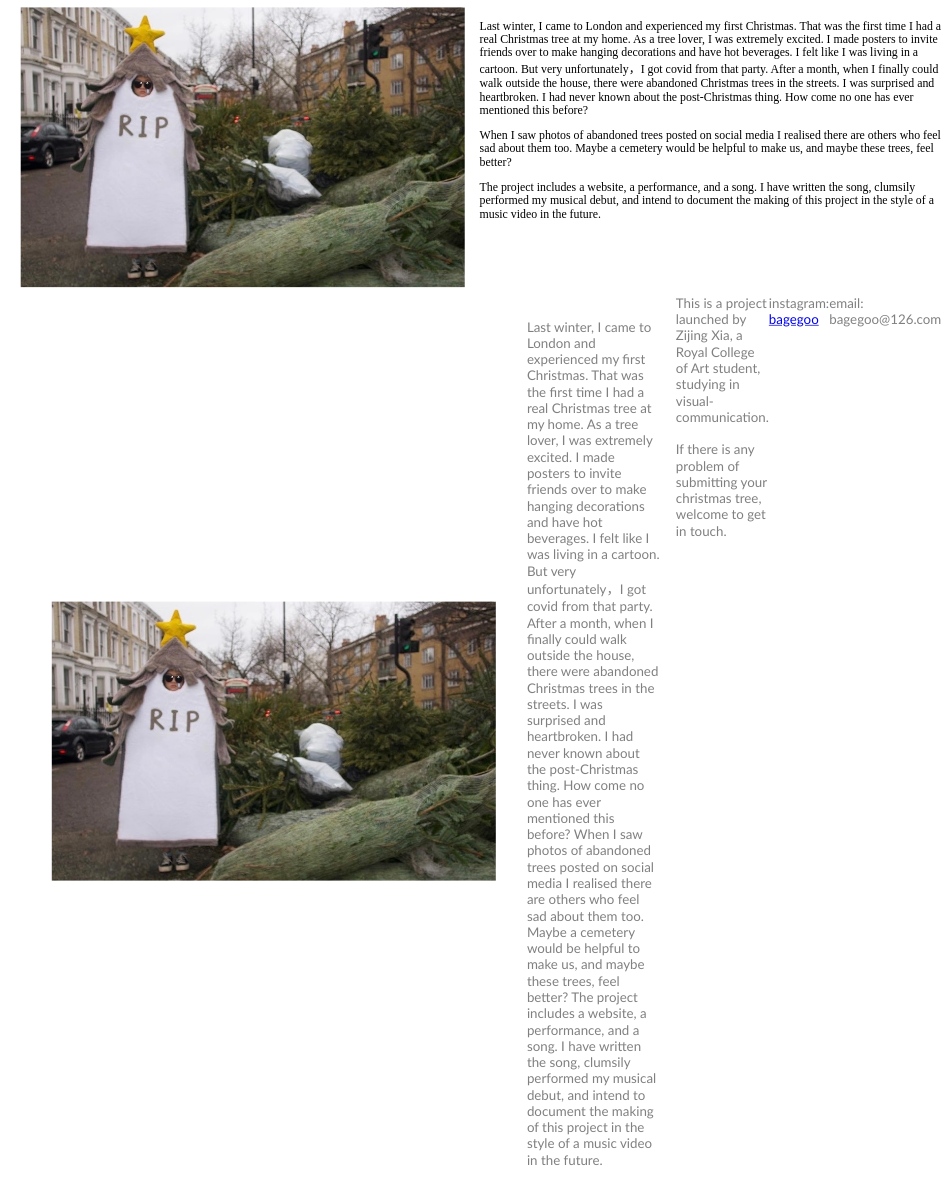
Repository: FuugaMo/ByeByeChristmasTree.github.io
Page: about.html
The author's editor kept a copy of each file at every save. The page is drawn from the files as they stood at one save, then again after the next save.
The browser window is 1280 px wide. The pictures show the whole page, at 74% of full size.

Above is the page before, as saved 2023-07-28 21:27:58.

After the next save:
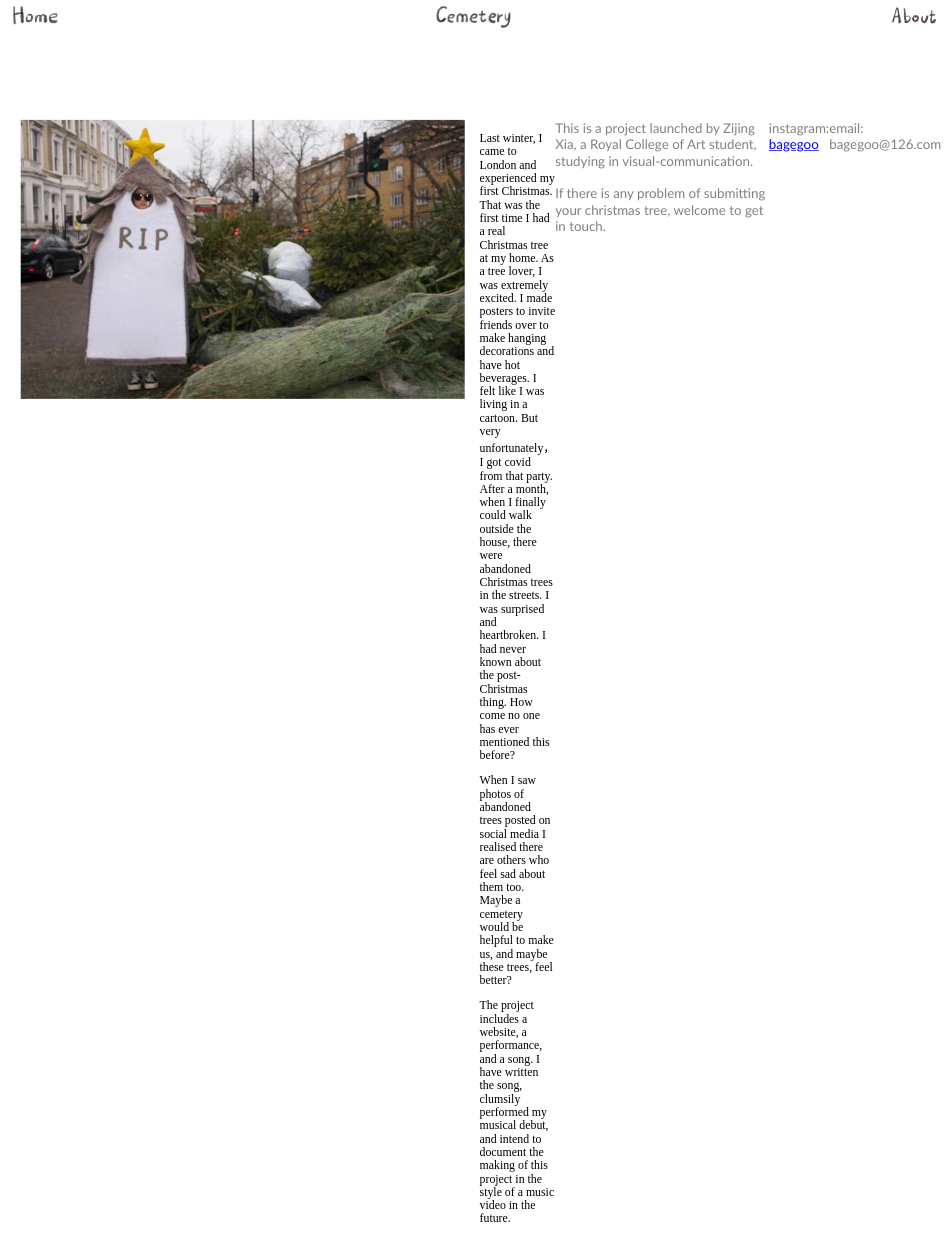
Saved 34 s later.
--- a/about.html
+++ b/about.html
@@ -13,69 +13,77 @@
 <body>
     <!-- 顶部导航栏 -->
     <nav>
-        <div id="content">
+        <div
+            class="home"
+            style="width:60px; height:50px"
+        >
             <img
-                src="./Image/About1.jpeg"
-                width="600px"
+                src="./Image/Home.png"
+                width="60px"
             >
-            <div class="text">
-                <p>
-                    Last winter, I came to London and experienced my first Christmas. That was the first time I had a
-                    real Christmas tree at my home. As a tree lover, I was extremely excited. I made posters to invite
-                    friends over to make hanging decorations and have hot beverages. I felt like I was living in a
-                    cartoon. But very unfortunately，I got covid from that party. After a month, when I finally could walk
-                    outside the house, there were abandoned Christmas trees in the streets. I was surprised and
-                    heartbroken. I had never known about the post-Christmas thing. How come no one has ever mentioned
-                    this before?
-                </p>
-                <p>
-                    When I saw photos of abandoned trees posted on social media I realised there are others who feel sad
-                    about them too. Maybe a cemetery would be helpful to make us, and maybe these trees, feel better?
-                </p>
-                <p>
-                    The project includes a website, a performance, and a song. I have written the song, clumsily
-                    performed my musical debut, and intend to document the making of this project in the style of a
-                    music video in the future.
-                </p>
-            </div>
+            <input
+                type="button"
+                onclick='location.href=("index.html")'
+            />
+
+        </div>
+
+        <div
+            class="cemetery"
+            style="width: 100px;"
+        >
+            <img
+                src="./Image/cemetery.png"
+                class="cemetery"
+                width="100px"
+            >
+            <input
+                type="button"
+                onclick='location.href=("cemetery.html")'
+            />
+        </div>
+
+        <div
+            class="about"
+            style="width: 60px;"
+        >
+            <img
+                src="./Image/about.png"
+                width="60px"
+            >
+            <input
+                type="button"
+                onclick='location.href=("about.html")'
+            />
         </div>
 
     </nav>
 
     <div id="content">
-        <table
-            id="content"
-            cellpadding="20"
+        <img
+            src="./Image/About1.jpeg"
+            width="600px"
         >
-            <tr>
-                <td>
-                    <img
-                        src="./Image/About1.jpeg"
-                        width="600px"
-                    >
-                </td>
-                <td>
-                    <p1>
-                        Last winter, I came to London and experienced my first Christmas. That was the first time I had a
-                        real Christmas tree at my home. As a tree lover, I was extremely excited. I made posters to invite
-                        friends over to make hanging decorations and have hot beverages. I felt like I was living in a
-                        cartoon. But very unfortunately，I got covid from that party. After a month, when I finally could walk
-                        outside the house, there were abandoned Christmas trees in the streets. I was surprised and
-                        heartbroken. I had never known about the post-Christmas thing. How come no one has ever mentioned
-                        this before?
-                    </p1>
-                    <p1>
-                        When I saw photos of abandoned trees posted on social media I realised there are others who feel sad
-                        about them too. Maybe a cemetery would be helpful to make us, and maybe these trees, feel better?
-                    </p1>
-                    <p1>
-                        The project includes a website, a performance, and a song. I have written the song, clumsily
-                        performed my musical debut, and intend to document the making of this project in the style of a
-                        music video in the future.
-                    </p1>
-                </td>
-            </tr>
-        </table>
+        <div class="text">
+            <p>
+                Last winter, I came to London and experienced my first Christmas. That was the first time I had a
+                real Christmas tree at my home. As a tree lover, I was extremely excited. I made posters to invite
+                friends over to make hanging decorations and have hot beverages. I felt like I was living in a
+                cartoon. But very unfortunately，I got covid from that party. After a month, when I finally could walk
+                outside the house, there were abandoned Christmas trees in the streets. I was surprised and
+                heartbroken. I had never known about the post-Christmas thing. How come no one has ever mentioned
+                this before?
+            </p>
+            <p>
+                When I saw photos of abandoned trees posted on social media I realised there are others who feel sad
+                about them too. Maybe a cemetery would be helpful to make us, and maybe these trees, feel better?
+            </p>
+            <p>
+                The project includes a website, a performance, and a song. I have written the song, clumsily
+                performed my musical debut, and intend to document the making of this project in the style of a
+                music video in the future.
+            </p>
+        </div>
         <br>
         <br>
         <br>
